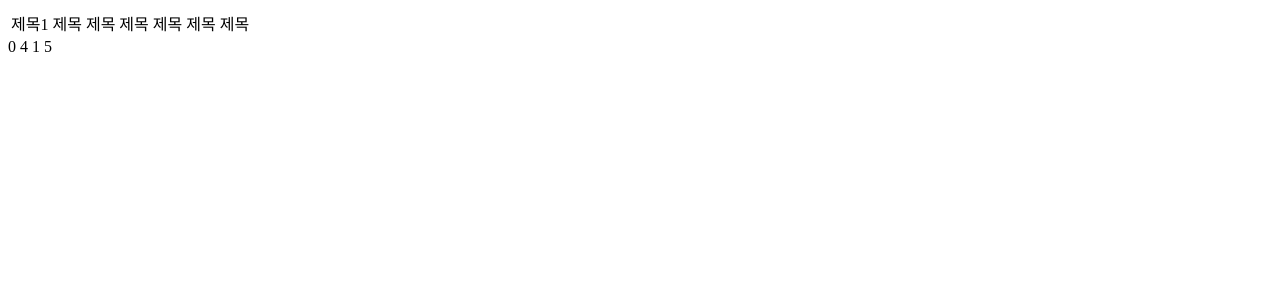
Repository: nobley3/EclipseIDE
Page: http://localhost/pageprj0911/list2.page
An editor plug-in stored every save of this project. The page is shown before and after the next save, followed by the edit.
The browser window is 1280 px wide. The pictures show the whole page.
The page is served by Tomcat 9. Queries for data that is not in the repository find no rows.

Above is the page before, as saved 2023-09-11 05:30:23.

After the next save:
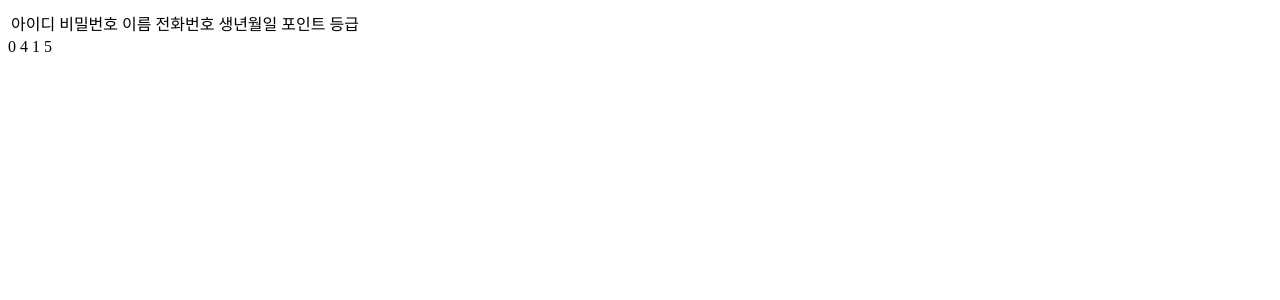
Saved 2 min 43 s later.
--- a/pageprj0911/src/main/webapp/WEB-INF/views/listPage2.jsp
+++ b/pageprj0911/src/main/webapp/WEB-INF/views/listPage2.jsp
@@ -15,13 +15,13 @@
 
 	<table>
 		<tr>
-			<td>제목1</td>
-			<td>제목</td>
-			<td>제목</td>
-			<td>제목</td>
-			<td>제목</td>
-			<td>제목</td>
-			<td>제목</td>
+			<td>아이디</td>
+			<td>비밀번호</td>
+			<td>이름</td>
+			<td>전화번호</td>
+			<td>생년월일</td>
+			<td>포인트</td>
+			<td>등급</td>
 		</tr>
 
 		<%
